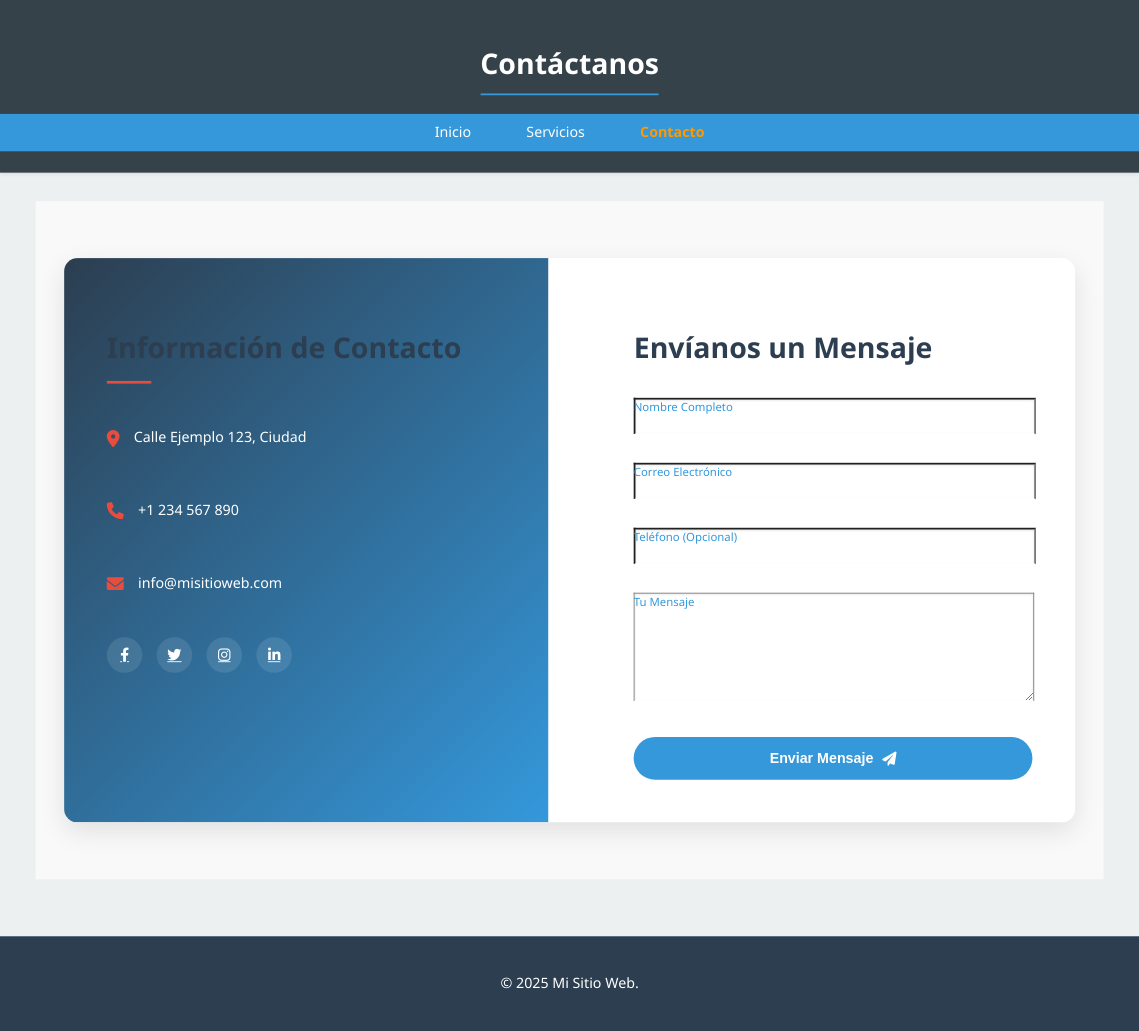
Repository: Sevanjo/Pagina_web
Page: HTML/contacto.html
These files come from the project's save history. The page is drawn as it stood at one moment and after the next save; the edit follows.
The browser window is 1280 px wide. The pictures show the whole page, at 89% of full size.

Above is the page before, as saved 2025-05-04 19:32:04.
Console error: TypeError: Cannot read properties of null (reading 'addEventListener')

### HTML/contacto.html
<!DOCTYPE html>
<html lang="es">
<head>
    <meta charset="UTF-8">
    <meta name="viewport" content="width=device-width, initial-scale=1.0">
    <title>Contacto - Mi Sitio Web</title>
    <link rel="stylesheet" href="../CSS/styles.css">
    <link rel="stylesheet" href="https://cdnjs.cloudflare.com/ajax/libs/font-awesome/6.0.0/css/all.min.css">
</head>
<body>
    <div class="loader"></div>

    <header>
        <h1>Contáctanos</h1>
        <nav>
            <ul>
                <li><a href="index.html">Inicio</a></li>
                <li><a href="servicios.html">Servicios</a></li>
                <li><a href="contacto.html">Contacto</a></li>
            </ul>
        </nav>
    </header>

    <main>
        <section class="contact-section">
            <div class="contact-container">
                <div class="contact-info">
                    <h2>Información de Contacto</h2>
                    <div class="info-item">
                        <i class="fas fa-map-marker-alt"></i>
                        <p>Calle Ejemplo 123, Ciudad</p>
                    </div>
                    <div class="info-item">
                        <i class="fas fa-phone"></i>
                        <p>+1 234 567 890</p>
                    </div>
                    <div class="info-item">
                        <i class="fas fa-envelope"></i>
                        <p>info@misitioweb.com</p>
                    </div>
                    <div class="social-links">
                        <a href="#"><i class="fab fa-facebook-f"></i></a>
                        <a href="#"><i class="fab fa-twitter"></i></a>
                        <a href="#"><i class="fab fa-instagram"></i></a>
                        <a href="#"><i class="fab fa-linkedin-in"></i></a>
                    </div>
                </div>

                <form id="contactForm" class="contact-form">
                    <h2>Envíanos un Mensaje</h2>

                    <div class="form-group">
                        <input type="text" id="name" name="name" required>
                        <label for="name">Nombre Completo</label>
                        <span class="focus-border"></span>
                        <div class="error-message" id="name-error"></div>
                    </div>

                    <div class="form-group">
                        <input type="email" id="email" name="email" required>
                        <label for="email">Correo Electrónico</label>
                        <span class="focus-border"></span>
                        <div class="error-message" id="email-error"></div>
                    </div>

                    <div class="form-group">
                        <input type="tel" id="phone" name="phone">
                        <label for="phone">Teléfono (Opcional)</label>
                        <span class="focus-border"></span>
                    </div>

                    <div class="form-group">
                        <textarea id="message" name="message" rows="5" required></textarea>
                        <label for="message">Tu Mensaje</label>
                        <span class="focus-border"></span>
                        <div class="error-message" id="message-error"></div>
                    </div>

                    <button type="submit" class="submit-btn">
                        <span>Enviar Mensaje</span>
                        <i class="fas fa-paper-plane"></i>
                    </button>

                    <div id="form-success" class="success-message">
                        <i class="fas fa-check-circle"></i>
                        <p>¡Mensaje enviado con éxito! Nos pondremos en contacto pronto.</p>
                    </div>
                </form>
            </div>
        </section>
    </main>

    <footer>
        <p>&copy; 2025 Mi Sitio Web.</p>
    </footer>

    <script src="js/script.js"></script>
</body>
</html>

### CSS/styles.css
:root {
    --primary-color: #2c3e50;
    --secondary-color: #3498db;
    --accent-color: #e74c3c;
    --light-color: #ecf0f1;
    --dark-color: #2c3e50;
    --text-color: #333333;
    --text-light: #ffffff;
}

body {
    font-family: 'Segoe UI', Tahoma, Geneva, Verdana, sans-serif;
    line-height: 1.6;
    margin: 0;
    padding: 0;
    color: var(--text-color);
    background-color: var(--light-color);
}

header {
    background: var(--primary-color);
    color: var(--text-light);
    padding: 1.5rem 0;
    text-align: center;
    box-shadow: 0 2px 5px rgba(0,0,0,0.1);
}
header h1 {
    color: #ffffff;
}

nav {
    background: var(--secondary-color);
    padding: 0.5rem 0;
}

nav ul {
    padding: 0;
    list-style: none;
    text-align: center;
    margin: 0;
    display: flex;
    justify-content: center;
}

nav li {
    margin: 0 15px;
}

nav a {
    color: var(--text-light);
    text-decoration: none;
    padding: 0.5rem 1rem;
    border-radius: 4px;
    transition: all 0.3s ease;
}

nav a:hover {
    background: rgba(255,255,255,0.2);
}

main {
    padding: 2rem;
    max-width: 1200px;
    margin: 0 auto;
    min-height: calc(100vh - 300px);
}

footer {
    background: var(--primary-color);
    color: var(--text-light);
    text-align: center;
    padding: 1.5rem;
    margin-top: 2rem;
}

h1, h2, h3 {
    color: var(--primary-color);
}

h1 {
    border-bottom: 2px solid var(--secondary-color);
    padding-bottom: 0.5rem;
    display: inline-block;
}

button, .button {
    background: var(--secondary-color);
    color: var(--text-light);
    border: none;
    padding: 0.6rem 1.2rem;
    border-radius: 4px;
    cursor: pointer;
    transition: all 0.3s ease;
}

button:hover, .button:hover {
    background: var(--accent-color);
    transform: translateY(-2px);
}

.card {
    background: white;
    border-radius: 8px;
    padding: 1.5rem;
    margin: 1rem 0;
    box-shadow: 0 2px 10px rgba(0,0,0,0.1);
    transition: transform 0.3s ease;
}

.card:hover {
    transform: translateY(-5px);
}

.contact-section {
    padding: 4rem 2rem;
    background-color: #f9f9f9;
}

.contact-container {
    max-width: 1200px;
    margin: 0 auto;
    display: grid;
    grid-template-columns: repeat(auto-fit, minmax(300px, 1fr));
    gap: 3rem;
    background: white;
    border-radius: 15px;
    box-shadow: 0 10px 30px rgba(0, 0, 0, 0.1);
    overflow: hidden;
}

.contact-info {
    padding: 3rem;
    background: linear-gradient(135deg, var(--primary-color), var(--secondary-color));
    color: white;
}

.contact-info h2 {
    font-size: 2rem;
    margin-bottom: 2rem;
    position: relative;
    padding-bottom: 1rem;
}

.contact-info h2::after {
    content: '';
    position: absolute;
    bottom: 0;
    left: 0;
    width: 50px;
    height: 3px;
    background: var(--accent-color);
}

.info-item {
    display: flex;
    align-items: center;
    margin-bottom: 1.5rem;
}

.info-item i {
    font-size: 1.2rem;
    margin-right: 1rem;
    color: var(--accent-color);
}

.social-links {
    display: flex;
    margin-top: 2rem;
    gap: 1rem;
}

.social-links a {
    display: flex;
    align-items: center;
    justify-content: center;
    width: 40px;
    height: 40px;
    border-radius: 50%;
    background: rgba(255, 255, 255, 0.1);
    color: white;
    transition: all 0.3s;
}

.social-links a:hover {
    background: var(--accent-color);
    transform: translateY(-3px);
}

.contact-form {
    padding: 3rem;
    position: relative;
}

.contact-form h2 {
    font-size: 2rem;
    margin-bottom: 2rem;
    color: var(--primary-color);
}

.form-group {
    position: relative;
    margin-bottom: 2rem;
}

.form-group input,
.form-group textarea {
    width: 100%;
    padding: 15px 0 5px 0;
    border: none1px solid #c4c4c4;
    box-shadow: inset 0 1px 3px rgba(0,0,0,0.1);
    border-bottom: 1px solid #ddd;
    font-size: 1rem;
    background: transparent;
    transition: all 0.3s;
}

.form-group textarea {
    resize: vertical;
    min-height: 100px;
}

.form-group label {
    position: absolute;
    top: 15px;
    left: 0;
    color: #999;
    pointer-events: none;
    transition: all 0.3s;
}

.form-group input:focus,
.form-group textarea:focus,
.form-group input:not(:placeholder-shown),
.form-group textarea:not(:placeholder-shown) {
    border-bottom-color: transparent;
}

.form-group input:focus ~ label,
.form-group textarea:focus ~ label,
.form-group input:not(:placeholder-shown) ~ label,
.form-group textarea:not(:placeholder-shown) ~ label {
    top: 0;
    font-size: 0.8rem;
    color: var(--secondary-color);
}

.focus-border {
    position: absolute;
    bottom: 0;
    left: 0;
    width: 0;
    height: 2px;
    background: var(--secondary-color);
    transition: width 0.4s;
}

.form-group input:focus ~ .focus-border,
.form-group textarea:focus ~ .focus-border {
    width: 100%;
}

.error-message {
    color: #e74c3c;
    font-size: 0.8rem;
    margin-top: 5px;
    display: none;
}

.success-message {
    display: none;
    background: #2ecc71;
    color: white;
    padding: 1rem;
    border-radius: 5px;
    margin-top: 1rem;
    align-items: center;
    gap: 10px;
    animation: fadeIn 0.5s;
}

.success-message i {
    font-size: 1.5rem;
}

.submit-btn {
    background: var(--secondary-color);
    color: white;
    border: none;
    padding: 15px 30px;
    border-radius: 50px;
    cursor: pointer;
    display: flex;
    align-items: center;
    justify-content: center;
    gap: 10px;
    font-size: 1rem;
    font-weight: 600;
    margin-top: 1rem;
    overflow: hidden;
    position: relative;
    transition: all 0.3s;
    width: 100%;
}

.submit-btn::before {
    content: '';
    position: absolute;
    top: 0;
    left: -100%;
    width: 100%;
    height: 100%;
    background: linear-gradient(90deg, transparent, rgba(255,255,255,0.2), transparent);
    transition: 0.5s;
}

.submit-btn:hover::before {
    left: 100%;
}

.submit-btn:hover {
    background: var(--accent-color);
    transform: translateY(-3px);
    box-shadow: 0 5px 15px rgba(0,0,0,0.1);
}

.submit-btn i {
    transition: all 0.3s;
}

.submit-btn:hover i {
    transform: translateX(5px);
}


.slider-container {
    position: relative;
    max-width: 1200px;
    margin: 0 auto 2rem;
    overflow: hidden;
    border-radius: 10px;
    box-shadow: 0 5px 15px rgba(0, 0, 0, 0.1);
}

.slider {
    display: flex;
    transition: transform 0.5s ease;
    height: 400px;
}

.slide {
    min-width: 100%;
    position: relative;
}

.slide img {
    width: 100%;
    height: 100%;
    object-fit: cover;
}

.slide-caption {
    position: absolute;
    bottom: 20px;
    left: 20px;
    background: rgba(0, 0, 0, 0.7);
    color: white;
    padding: 1rem;
    border-radius: 5px;
    max-width: 50%;
}

.slide-caption h3 {
    margin: 0 0 0.5rem;
    color: var(--text-light);
}

.slider-btn {
    position: absolute;
    top: 50%;
    transform: translateY(-50%);
    background: rgba(255, 255, 255, 0.3);
    color: white;
    border: none;
    padding: 1rem;
    cursor: pointer;
    font-size: 1.2rem;
    border-radius: 50%;
    transition: all 0.3s;
    z-index: 10;
}

.slider-btn:hover {
    background: var(--accent-color);
}

.prev-btn {
    left: 20px;
}

.next-btn {
    right: 20px;
}

.slider-indicators {
    position: absolute;
    bottom: 20px;
    right: 20px;
    display: flex;
    gap: 10px;
}

.slider-indicators span {
    display: block;
    width: 12px;
    height: 12px;
    background: rgba(255, 255, 255, 0.5);
    border-radius: 50%;
    cursor: pointer;
}

.slider-indicators span.active {
    background: var(--accent-color);
}


.services-section {
    padding: 2rem;
    max-width: 1200px;
    margin: 0 auto;
}

.service-card {
    background: white;
    border-radius: 10px;
    padding: 2rem;
    margin-bottom: 2rem;
    box-shadow: 0 5px 15px rgba(0, 0, 0, 0.1);
    transition: transform 0.3s;
}

.service-card:hover {
    transform: translateY(-5px);
}

.service-icon {
    font-size: 2.5rem;
    color: var(--accent-color);
    margin-bottom: 1rem;
}

.service-card h3 {
    color: var(--primary-color);
    margin-top: 0;
}

.service-features {
    list-style: none;
    padding: 0;
}

.service-features li {
    margin-bottom: 0.5rem;
}

.service-features i {
    color: var(--accent-color);
    margin-right: 0.5rem;
}

.schedule-card {
    background: var(--primary-color);
    color: white;
    padding: 1.5rem;
    border-radius: 10px;
    margin-top: 2rem;
}

.schedule-card h3 {
    margin-top: 0;
    display: flex;
    align-items: center;
    gap: 10px;
}

.schedule-card ul {
    list-style: none;
    padding: 0;
}

.schedule-card li {
    margin-bottom: 0.5rem;
}


@media (max-width: 768px) {
    .slider {
        height: 300px;
    }
    .slide-caption {
        max-width: 80%;
    }
}


@keyframes fadeIn {
    from { opacity: 0; transform: translateY(10px); }
    to { opacity: 1; transform: translateY(0); }
}

@media (max-width: 768px) {
    .contact-container {
        grid-template-columns: 1fr;
    }

    .contact-info {
        padding: 2rem;
    }

    .contact-form {
        padding: 2rem;
    }
}

### JS/script.js
document.getElementById('contactForm')?.addEventListener('submit', function(e) {
    e.preventDefault();

    const name = document.getElementById('name').value;
    const email = document.getElementById('email').value;
    const message = document.getElementById('message').value;

    if (name && email && message) {
        alert(`Gracias ${name}, tu mensaje ha sido enviado. Te responderemos a ${email} pronto.`);
        this.reset();
    } else {
        alert('Por favor completa todos los campos.');
    }
});

window.addEventListener('scroll', function() {
    const header = document.querySelector('header');
    if (window.scrollY > 50) {
        header.style.backgroundColor = '#222';
    } else {
        header.style.backgroundColor = '#35424a';
    }
});

document.addEventListener('DOMContentLoaded', function() {
    const currentPage = location.pathname.split('/').pop();
    const links = document.querySelectorAll('nav a');

    links.forEach(link => {
        if (link.getAttribute('href') === currentPage) {
            link.style.fontWeight = 'bold';
            link.style.color = '#ff9900';
        }
    });
});

document.addEventListener('DOMContentLoaded', function() {
    const contactForm = document.getElementById('contactForm');
    const loader = document.querySelector('.loader');

    if(loader) {
        loader.classList.add('loader-hidden');
    }

    if(contactForm) {
        contactForm.addEventListener('submit', function(e) {
            e.preventDefault();

            document.querySelectorAll('.error-message').forEach(el => {
                el.style.display = 'none';
            });

            let isValid = true;

            const name = document.getElementById('name');
            if(name.value.trim() === '') {
                document.getElementById('name-error').textContent = 'Por favor ingresa tu nombre';
                document.getElementById('name-error').style.display = 'block';
                isValid = false;
            }

            const email = document.getElementById('email');
            const emailRegex = /^[^\s@]+@[^\s@]+\.[^\s@]+$/;
            if(email.value.trim() === '') {
                document.getElementById('email-error').textContent = 'Por favor ingresa tu email';
                document.getElementById('email-error').style.display = 'block';
                isValid = false;
            } else if(!emailRegex.test(email.value)) {
                document.getElementById('email-error').textContent = 'Por favor ingresa un email válido';
                document.getElementById('email-error').style.display = 'block';
                isValid = false;
            }

            const message = document.getElementById('message');
            if(message.value.trim() === '') {
                document.getElementById('message-error').textContent = 'Por favor ingresa tu mensaje';
                document.getElementById('message-error').style.display = 'block';
                isValid = false;
            }

            if(isValid) {
                const submitBtn = contactForm.querySelector('.submit-btn');
                submitBtn.disabled = true;
                submitBtn.innerHTML = '<i class="fas fa-spinner fa-spin"></i> Enviando...';

                setTimeout(function() {

                    document.getElementById('form-success').style.display = 'flex';
                    contactForm.reset();

                    submitBtn.disabled = false;
                    submitBtn.innerHTML = '<span>Enviar Mensaje</span><i class="fas fa-paper-plane"></i>';

                    setTimeout(function() {
                        document.getElementById('form-success').style.display = 'none';
                    }, 5000);
                }, 1500);
            }
        });

        const formGroups = document.querySelectorAll('.form-group');
        formGroups.forEach((group, index) => {
            group.style.opacity = '0';
            group.style.transform = 'translateY(20px)';
            group.style.transition = 'all 0.5s ease ' + (index * 0.1) + 's';

            setTimeout(function() {
                group.style.opacity = '1';
                group.style.transform = 'translateY(0)';
            }, 100);
        });
    }
});

document.addEventListener('DOMContentLoaded', function() {
    const slider = document.querySelector('.slider');
    const slides = document.querySelectorAll('.slide');
    const prevBtn = document.querySelector('.prev-btn');
    const nextBtn = document.querySelector('.next-btn');
    const indicators = document.querySelectorAll('.slider-indicators span');
    let currentIndex = 0;
    let autoSlideInterval;

    function showSlide(index) {
        slides.forEach((slide, i) => {
            slide.classList.toggle('active', i === index);
        });

        indicators.forEach((indicator, i) => {
            indicator.classList.toggle('active', i === index);
        });

        slider.style.transform = `translateX(-${index * 100}%)`;
    }

    function nextSlide() {
        currentIndex = (currentIndex + 1) % slides.length;
        showSlide(currentIndex);
    }

    function prevSlide() {
        currentIndex = (currentIndex - 1 + slides.length) % slides.length;
        showSlide(currentIndex);
    }

    nextBtn.addEventListener('click', nextSlide);
    prevBtn.addEventListener('click', prevSlide);

    indicators.forEach((indicator, i) => {
        indicator.addEventListener('click', () => {
            currentIndex = i;
            showSlide(currentIndex);
        });
    });

    function startAutoSlide() {
        autoSlideInterval = setInterval(nextSlide, 5000);
    }

    function stopAutoSlide() {
        clearInterval(autoSlideInterval);
    }

    startAutoSlide();
    slider.parentElement.addEventListener('mouseenter', stopAutoSlide);
    slider.parentElement.addEventListener('mouseleave', startAutoSlide);

    showSlide(currentIndex);
});

After the next save:
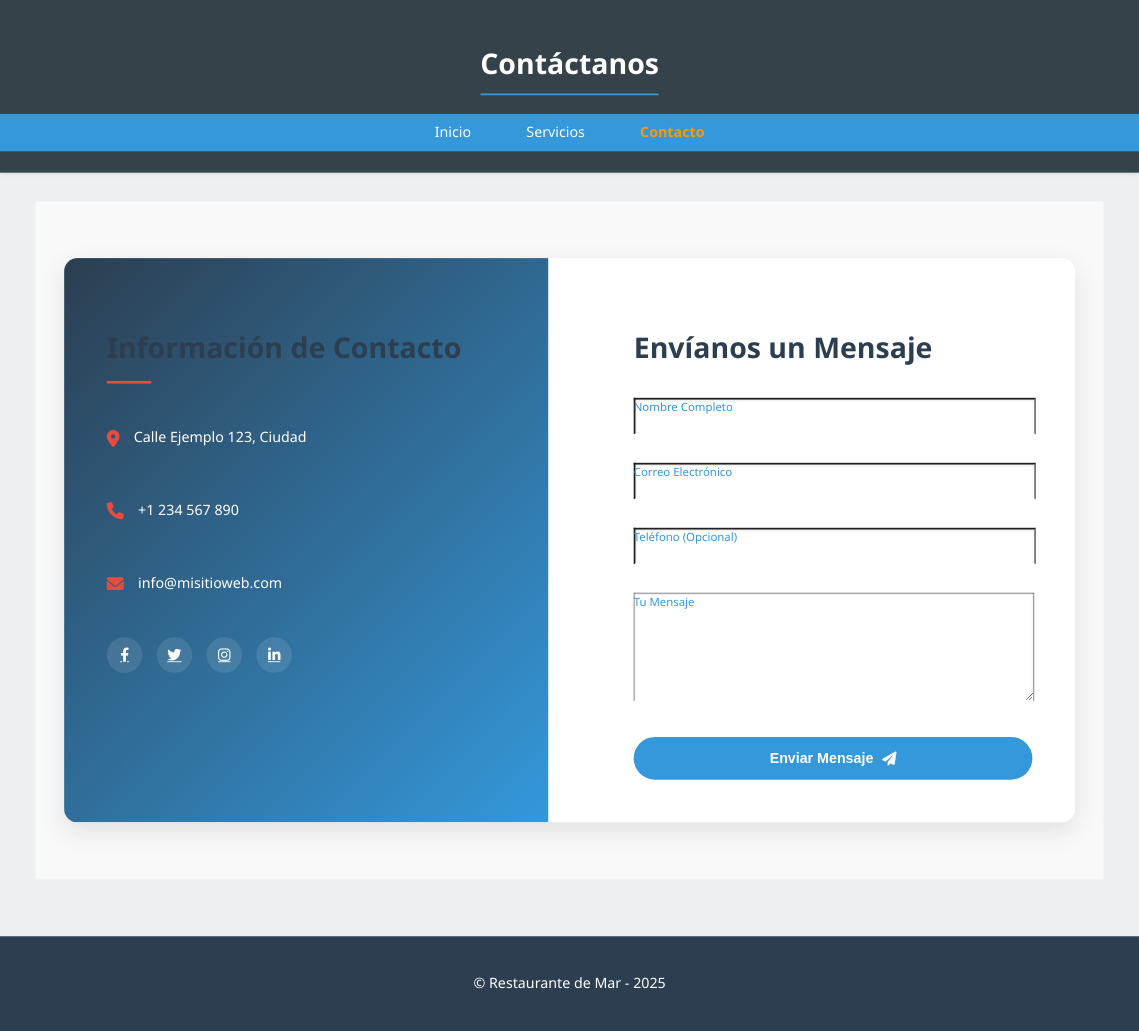
Saved 2 min 8 s later.
--- a/HTML/contacto.html
+++ b/HTML/contacto.html
@@ -3,7 +3,8 @@
 <head>
     <meta charset="UTF-8">
     <meta name="viewport" content="width=device-width, initial-scale=1.0">
-    <title>Contacto - Mi Sitio Web</title>
+    <title>Contacto | Restaurante de Mar - Reservas y ubicación</title>
+    <meta name="description" content="Dirección, horarios y formulario de reservas. ¡Visítanos o llámanos al [+1 234 567 890]!">
     <link rel="stylesheet" href="../CSS/styles.css">
     <link rel="stylesheet" href="https://cdnjs.cloudflare.com/ajax/libs/font-awesome/6.0.0/css/all.min.css">
 </head>
@@ -91,7 +92,7 @@
     </main>
 
     <footer>
-        <p>&copy; 2025 Mi Sitio Web.</p>
+        <p>&copy; Restaurante de Mar - 2025</p>
     </footer>
 
     <script src="js/script.js"></script>
